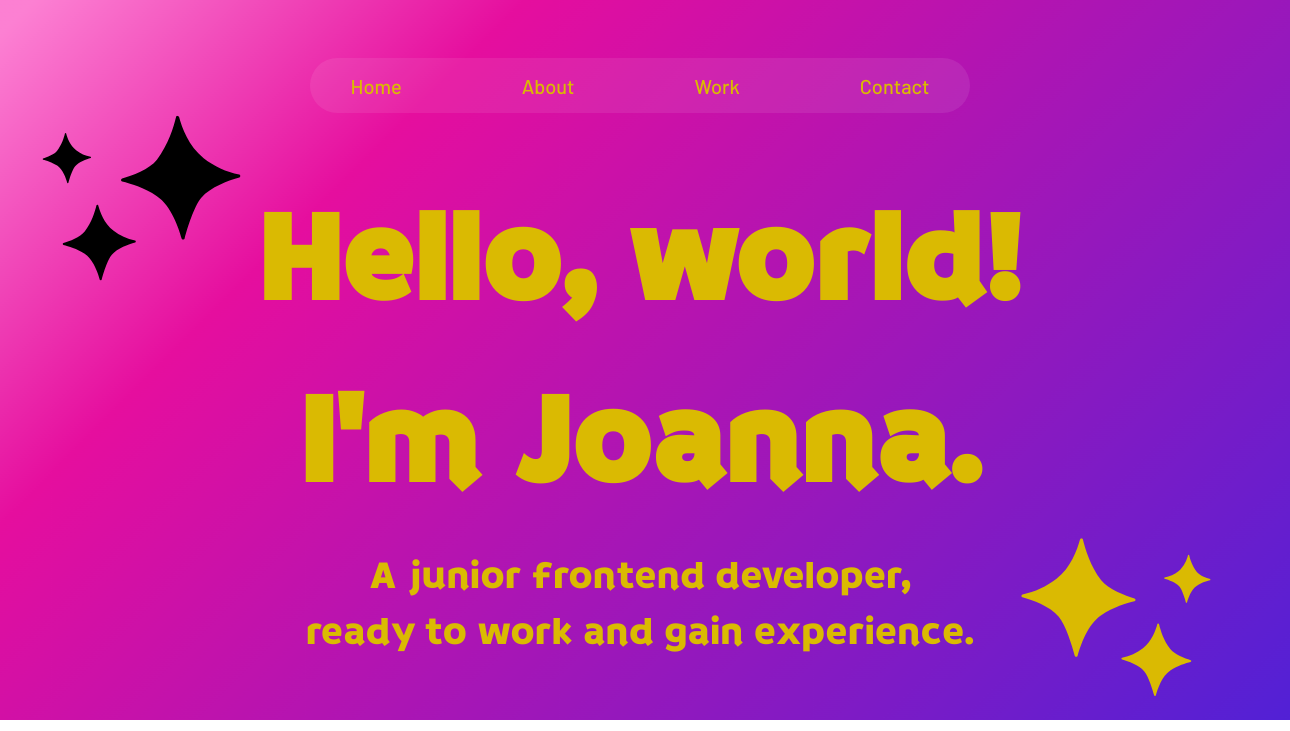
Repository: JJonka/portfolio_site
Page: /
These files come from the project's save history. The page is drawn as it stood at one moment and after the next save; the edit follows.
The browser window is 1280 px wide. The page is 1290 px wide, so the pictures cover 1290 px, including what lies to the right of the window. The pictures show the whole page.
The project was rebuilt for these pictures with package versions that can differ from the ones it lists, and the page was loaded fresh each time. Also part of the build but not shown: vite.config.ts, src/components/EndOfSection.module.scss, src/components/EndOfSection.tsx, src/pages/About.tsx, src/components/LogoIcon.module.scss, src/components/LogoIcon.tsx, src/pages/Contact.tsx, src/pages/Work.module.scss and 1 more.

Above is the page before, as saved 2023-10-08 15:56:13.

After the next save:
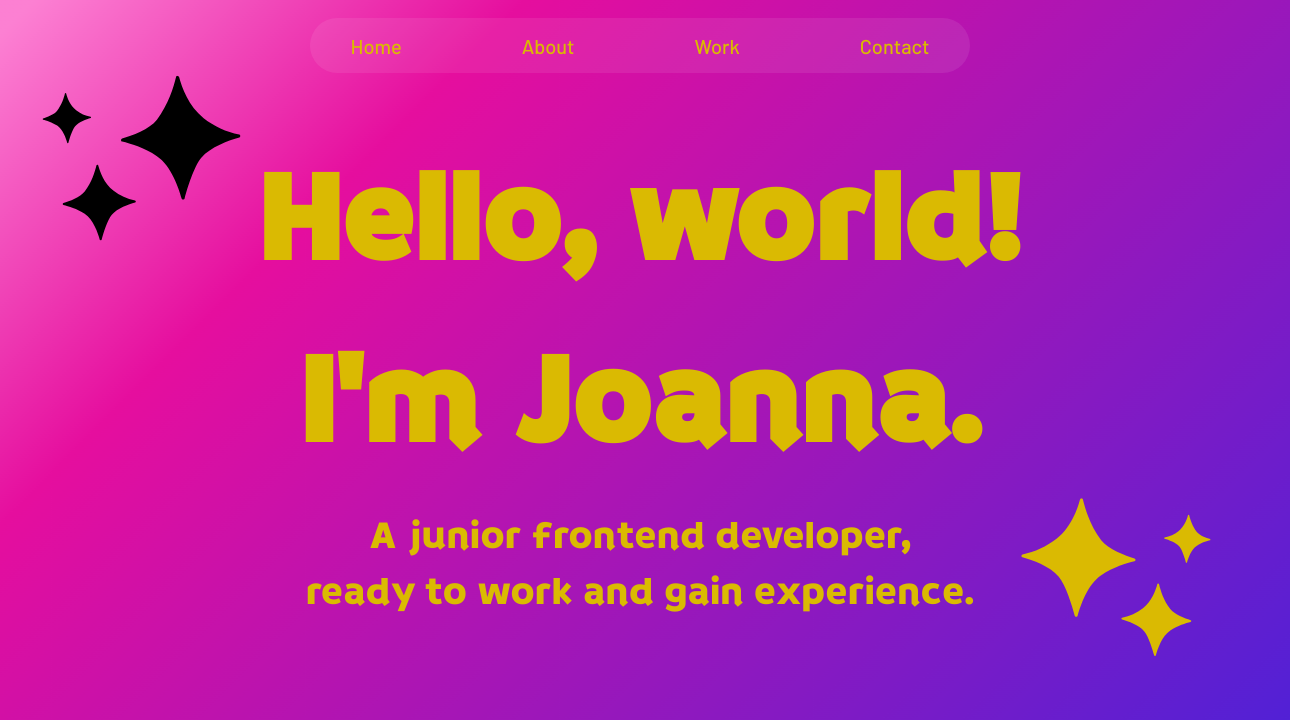
Saved 14 s later.
--- a/src/pages/HomePage.module.scss
+++ b/src/pages/HomePage.module.scss
@@ -43,7 +43,6 @@
     position: relative;
     width: 1300px;
     height: 675px;
-    margin-top: 40px;
 }
 
 .card {
